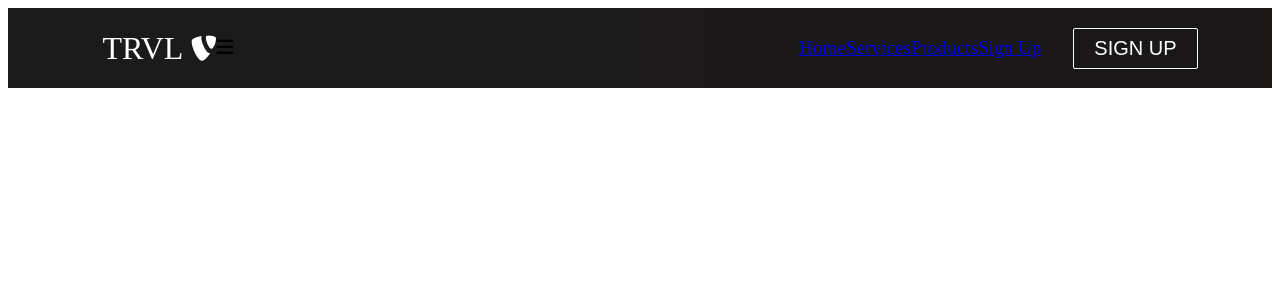
Repository: chefkuna/TRVL-web-site
Page: /
The author's editor kept a copy of each file at every save. The page is drawn from the files as they stood at one save, then again after the next save.
The browser window is 1280 px wide. The pictures show the whole page.
Some web libraries are served in a nearby version. The project was rebuilt for these pictures with package versions that can differ from the ones it lists, and the page was loaded fresh each time. Also part of the build but not shown: src/App.css.

Above is the page before, as saved 2022-08-28 20:43:12.

### public/index.html
<!DOCTYPE html>
<html lang="en">
  <head>
    <meta charset="utf-8" />
    <link rel="icon" href="%PUBLIC_URL%/favicon.ico" />
    <meta name="viewport" content="width=device-width, initial-scale=1" />
    <meta name="theme-color" content="#000000" />
    <meta
      name="description"
      content="Web site created using create-react-app"
    />
    <link rel="apple-touch-icon" href="%PUBLIC_URL%/logo192.png" />
    <script src="https://kit.fontawesome.com/8cc198689d.js" crossorigin="anonymous"></script>
    <!--
      manifest.json provides metadata used when your web app is installed on a
      user's mobile device or desktop. See https://developers.google.com/web/fundamentals/web-app-manifest/
    -->
    <link rel="manifest" href="%PUBLIC_URL%/manifest.json" />
    <!--
      Notice the use of %PUBLIC_URL% in the tags above.
      It will be replaced with the URL of the `public` folder during the build.
      Only files inside the `public` folder can be referenced from the HTML.

      Unlike "/favicon.ico" or "favicon.ico", "%PUBLIC_URL%/favicon.ico" will
      work correctly both with client-side routing and a non-root public URL.
      Learn how to configure a non-root public URL by running `npm run build`.
    -->
    <title>React App</title>
  </head>
  <body>
    <noscript>You need to enable JavaScript to run this app.</noscript>
    <div id="root"></div>
    <!--
      This HTML file is a template.
      If you open it directly in the browser, you will see an empty page.

      You can add webfonts, meta tags, or analytics to this file.
      The build step will place the bundled scripts into the <body> tag.

      To begin the development, run `npm start` or `yarn start`.
      To create a production bundle, use `npm run build` or `yarn build`.
    -->
  </body>
</html>

### src/App.js
import React from 'react';
import './App.css';
import Navbar from './components/Navbar';
import { BrowserRouter as Router, Routes, Route } from 'react-router-dom';

function App() {
  return (
    <>
    <Router>
      <Navbar />
      <Routes>
        <Route path='/' exact />
      </Routes>
    </Router>
    </>
  );
}

export default App;

### src/components/Navbar.js
import React, { useState } from 'react';
import { Link } from 'react-router-dom';
import { Button } from './Button';
import './Navbar.css';

function Navbar() {
  const [click, setClick] = useState(false);
  const [button, setButton] = useState(true);

  const handleClick = () => setClick(!click);

  const closeMobileMenu = () => setClick(false);

  const showButton = () => {
    if(window.innerWidth <= 960) {
      setButton(false);
    } else {
      setButton(true);
    }
  };

  window.addEventListener('resize', showButton)

  return (
    <>
      <nav className="navbar">
        <div className="navbar-container">
          <Link to="/" className="navbar-logo">
            TRVL <i className="fab fa-typo3"></i>
          </Link>
          <div className="menu-icon" onClick={handleClick}>
            <i className={click ? 'fas fa-times' : 'fas fa-bars'} />
          </div>
          <ul className={click ? 'nav-menu active' : 'nav-menu'}>
            <li className="nav-item">
              <Link to='/' className='nav-links' onClick={closeMobileMenu}>
                Home
              </Link>
            </li>
            <li className="nav-item">
              <Link to='/services' className='nav-links' onClick={closeMobileMenu}>
                Services
              </Link>
            </li>
            <li className="nav-item">
              <Link to='/products' className='nav-links' onClick={closeMobileMenu}>
                Products
              </Link>
            </li>
            <li>
              <Link to='/sign-up' className='nav-links-mobile' onClick={closeMobileMenu}>
                Sign Up
              </Link>
            </li>
          </ul>
          {button && <Button buttonStyle='btn--outline'>SIGN UP</Button>}
        </div>
      </nav>
    </>
  );
}

export default Navbar;

### src/components/Button.js
import React from 'react';
import './Button.css';
import { Link } from 'react-router-dom';

const STYLES = ['btn--primary', 'btn--outline']

const SIZES =  ['btn--medium', 'btn--large'];

export const Button = ({
  children,
  type,
  onClick,
  buttonStyle,
  buttonSize
}) => {
  const checkButtonStyle = STYLES.includes(buttonStyle)
  ? buttonStyle
  : STYLES[0];

  const checkButtonSize = SIZES.includes(buttonSize)
  ? buttonSize
  : SIZES[0];

  return (
    <Link to='/sign-up' className='btn-mobile'>
      <button
        className={`btn ${checkButtonStyle} ${checkButtonSize}`}
        onClick={onClick}
        type={type}
      >
        {children}
      </button>
    </Link>
  );
};

### src/components/Navbar.css
.navbar {
  background: linear-gradient(90deg, rgb(28, 27, 27) 0%, rgb(26, 23, 23) 100%);
  height: 80px;
  display: flex;
  justify-content: center;
  align-items: center;
  font-size: 1.2rem;
  position: sticky;
  top: 0;
  z-index: 999;
}

.navbar-container {
  display: flex;
  justify-content: center;
  align-items: center;
  height: 80px;
  max-width: 1500px;
}

.navbar-logo {
  color: #fff;
  justify-self: start;
  margin-left: 20px;
  cursor: pointer;
  text-decoration: none;
  font-size: 2rem;
  display: flex;
  align-items: center;
}

.fa-typo3 {
  margin-left: 0.5rem;
  font-size: 1.8rem;
}

.nav-menu {
  display: flex;
  /* display: grid;
  grid-template-columns: repeat(4, auto);
  grid-gap: 10px; */
  list-style: none;
  text-align: center;
  width: 60vw;
  justify-content: end;
  margin-right: 2rem;
}
/*
.nav-item {
  height: 80px;
}

.nav-links {
  color: #fff;
  display: flex;
  align-items: center;
  text-decoration: none;
  padding: 0.5rem 1rem;
  height: 100%;
}

.nav-links:hover {
  border-bottom: 4px solid #fff;
  transition: all 0.2s ease-out;
}

.fa-bars {
  color: #fff;
}

.nav-links-mobile {
  display: none;
}

.menu-icon {
  display: none;
}

@media screen and (max-width: 960px) {
  .NavbarItems {
    position: relative;
  }

  .nav-menu {
    display: flex;
    flex-direction: column;
    width: 100%;
    height: 90vh;
    position: absolute;
    top: 80px;
    left: -100%;
    opacity: 1;
    transition: all 0.5s ease;
  }

  .nav-menu.active {
    background: #242222;
    left: 0;
    opacity: 1;
    transition: all 0.5s ease;
    z-index: 1;
  }

  .nav-links {
    text-align: center;
    padding: 2rem;
    width: 100%;
    display: table;
  }

  .nav-links:hover {
    background-color: #fff;
    color: #242424;
    border-radius: 0;
  }

  .navbar-logo {
    position: absolute;
    top: 0;
    left: 0;
    transform: translate(25%, 50%);
  }

  .menu-icon {
    display: block;
    position: absolute;
    top: 0;
    right: 0;
    transform: translate(-100%, 60%);
    font-size: 1.8rem;
    cursor: pointer;
  }

  .fa-times {
    color: #fff;
    font-size: 2rem;
  }

  .nav-links-mobile {
    display: block;
    text-align: center;
    margin: 2rem auto;
    border-radius: 4px;
    width: 80%;
    text-decoration: none;
    font-size: 1.5rem;
    background-color: transparent;
    color: #fff;
    padding: 14px 20px;
    border: 1px solid #fff;
    transition: all 0.3s ease-out;
  }

  .nav-links-mobile:hover {
    background: #fff;
    color: #242424;
    transition: 250ms;
  }
} */

### src/components/Button.css
:root {
  --primary : #fff;
}

.btn {
  padding: 8px 20px;
  border-radius: 2px;
  outline: none;
  border: none;
  cursor: pointer;
}

.btn--primary {
  background-color: var(--primary);
  color: #242424;
  border: 1px solid var(--primary);
}

.btn--outline {
  background-color: transparent;
  color: #fff;
  padding: 8px 20px;
  border:  1px solid var(--primary);
  transition: all 0.3s ease-out;
}

.btn--medium {
  padding: 8px 20px;
  font-size: 20px;
}

.btn--large {
  padding: 12px 6px;
  font-size: 20px;
}

.btn--medium:hover,
.btn--large:hover {
  background-color: #fff;
  color: #242424;
  transition: all 0.3s ease-out;
}

Loaded but not shown: src/index.js (common file)

After the next save:
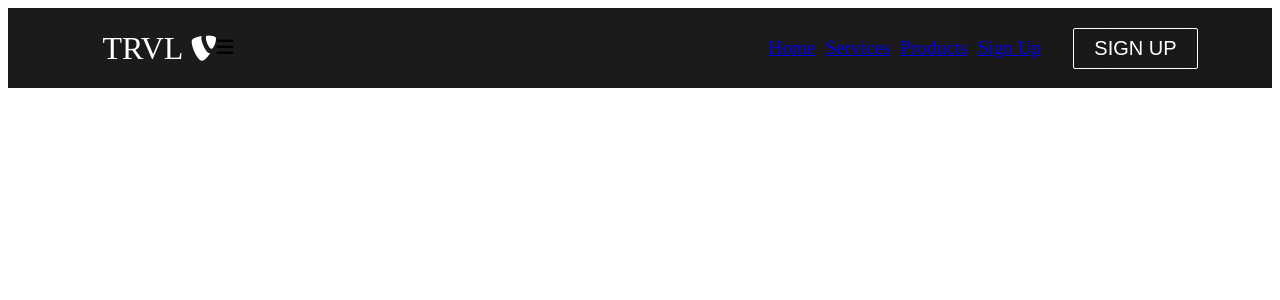
Saved 7 s later.
--- a/src/components/Navbar.css
+++ b/src/components/Navbar.css
@@ -35,10 +35,9 @@
 }
 
 .nav-menu {
-  display: flex;
-  /* display: grid;
+  display: grid;
   grid-template-columns: repeat(4, auto);
-  grid-gap: 10px; */
+  grid-gap: 10px;
   list-style: none;
   text-align: center;
   width: 60vw;

After the save that followed:
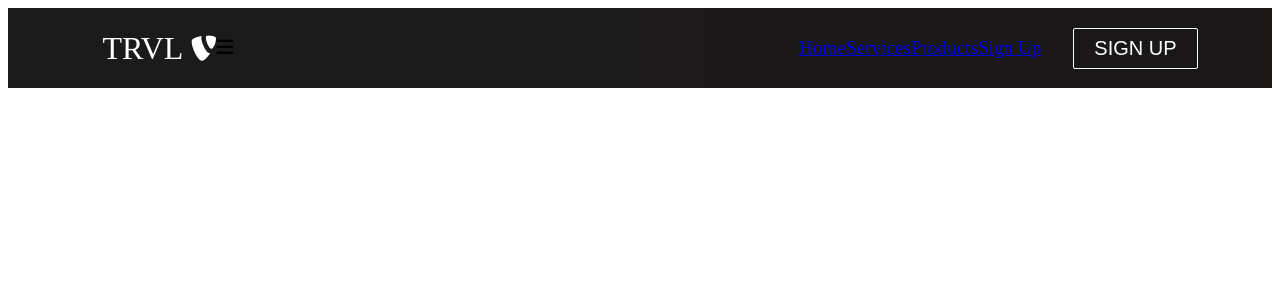
Saved 8 s later.
--- a/src/components/Navbar.css
+++ b/src/components/Navbar.css
@@ -35,9 +35,11 @@
 }
 
 .nav-menu {
-  display: grid;
+  display: flex;
+
+  /* display: grid;
   grid-template-columns: repeat(4, auto);
-  grid-gap: 10px;
+  grid-gap: 10px; */
   list-style: none;
   text-align: center;
   width: 60vw;
